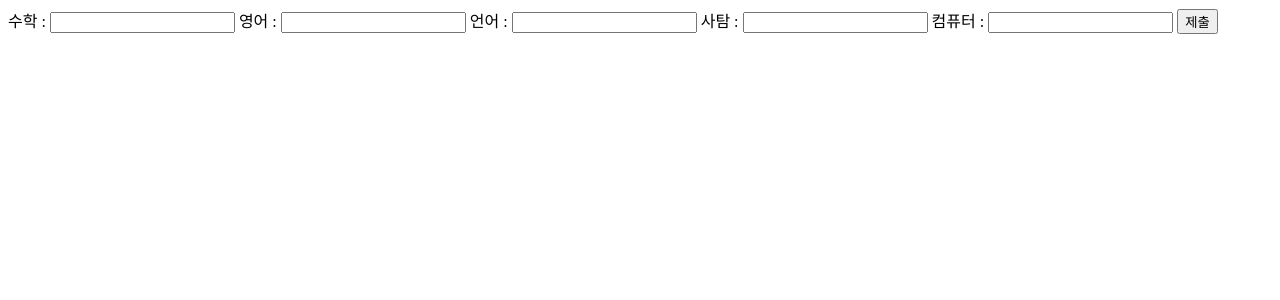
Repository: jungreul97/JavaSpring
Page: http://localhost/SpringBasic/score
The author's editor kept a copy of each file at every save. The page is drawn from the files as they stood at one save, then again after the next save.
The browser window is 1280 px wide. The pictures show the whole page.
The page is served by Tomcat 9. Other server files are loaded and not shown.

Above is the page before, as saved 2022-03-30 17:40:07.

### SpringBasic/src/main/webapp/WEB-INF/views/scoreForm.jsp
<%@ page language="java" contentType="text/html; charset=EUC-KR"
    pageEncoding="EUC-KR"%>
<!DOCTYPE html>
<html>
<head>
<meta charset="EUC-KR">
<title>Insert title here</title>
</head>
<body>
	<form action="/scoreResult.jsp" method = "post">
		수학 : <input type = "number" name = "math">
		영어 : <input type = "number" name = "english">
		언어 : <input type = "number" name = "korean">
		사탐 : <input type = "number" name = "satam">
		컴퓨터 : <input type = "number" name = "computer">
		<input type = "submit" value = "제출">
	</form>
</body>
</html>

After the next save:
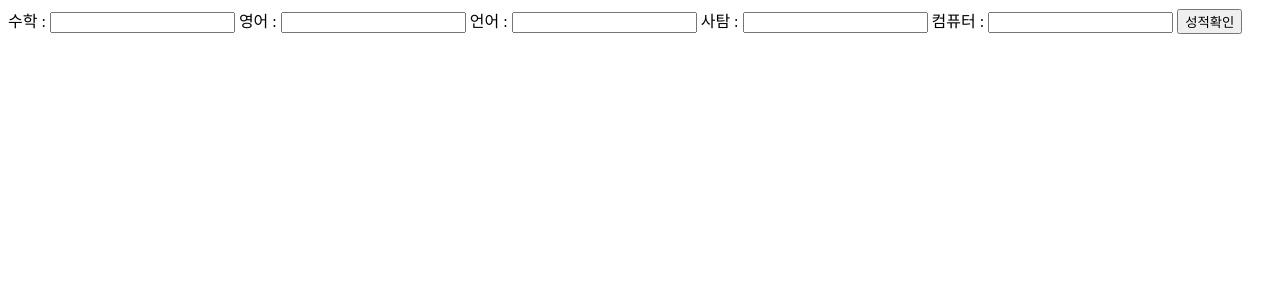
Saved 83 s later.
--- a/SpringBasic/src/main/webapp/WEB-INF/views/scoreForm.jsp
+++ b/SpringBasic/src/main/webapp/WEB-INF/views/scoreForm.jsp
@@ -7,13 +7,13 @@
 <title>Insert title here</title>
 </head>
 <body>
-	<form action="/scoreResult.jsp" method = "post">
+	<form action="/score" method = "post">
 		수학 : <input type = "number" name = "math">
 		영어 : <input type = "number" name = "english">
 		언어 : <input type = "number" name = "korean">
 		사탐 : <input type = "number" name = "satam">
 		컴퓨터 : <input type = "number" name = "computer">
-		<input type = "submit" value = "제출">
+		<input type = "submit" value = "성적확인">
 	</form>
 </body>
 </html>
